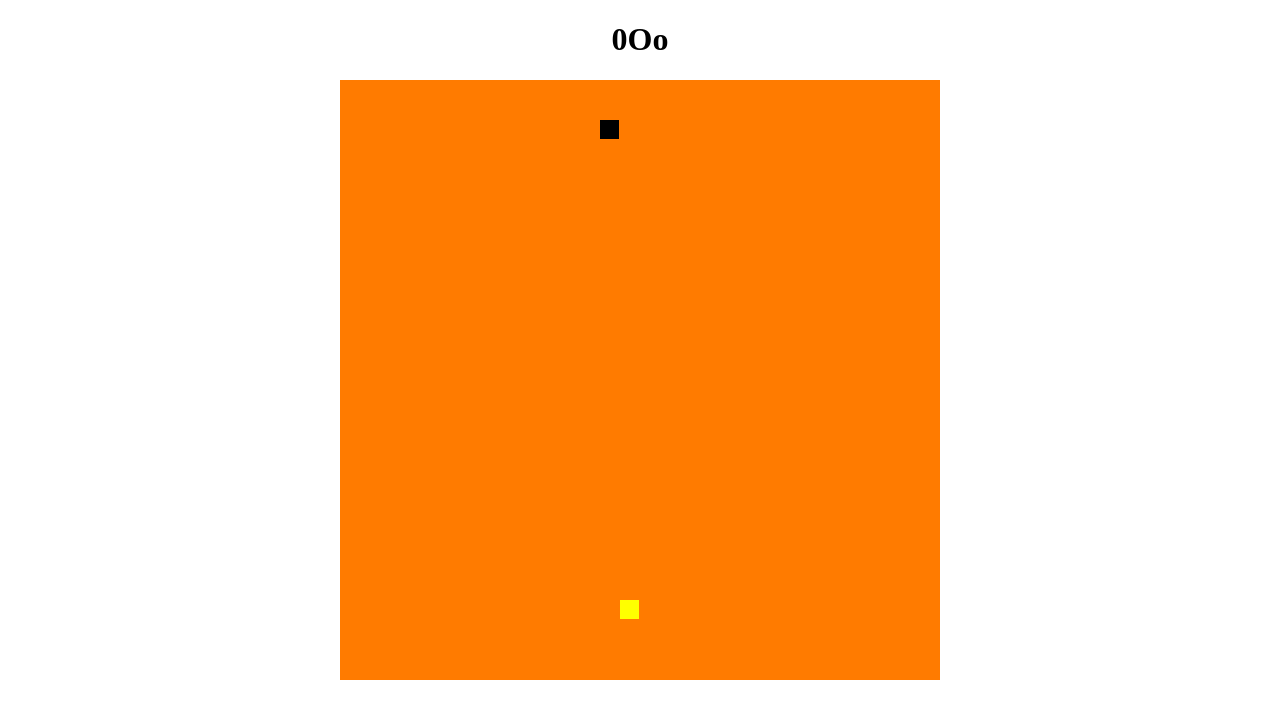
Repository: jessehapuli/jessehapuli.github.io
Page: snake/snake.html
An editor plug-in stored every save of this project. The page is shown before and after the next save, followed by the edit.
The browser window is 1280 px wide. The pictures show the whole page.
After loading, the first visible `h1` was clicked once.

Above is the page before, as saved 2024-05-14 11:10:55.

After the next save:
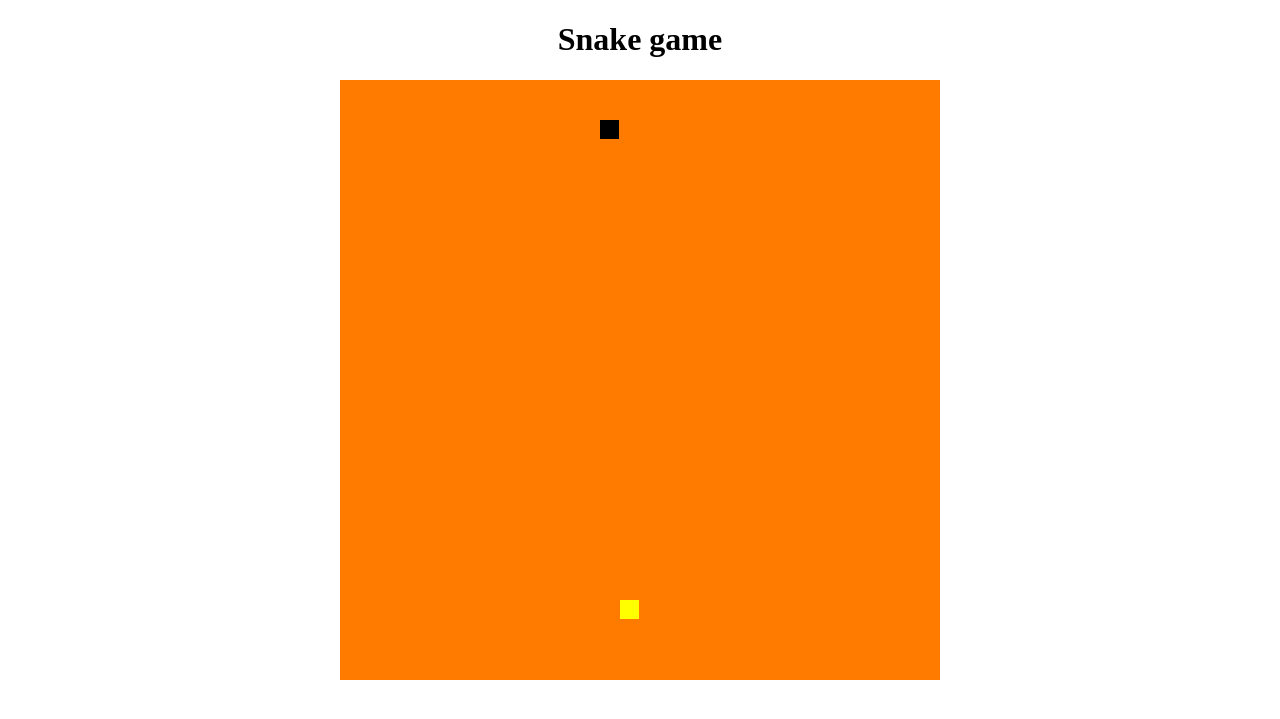
Saved 8 min 34 s later.
--- a/snake/testsnake.js
+++ b/snake/testsnake.js
@@ -143,7 +143,7 @@ function placesnake() {
 
 
 function changeText(id) {
-    id.innerHTML = "0Oo";
+    id.innerHTML = "Snake game";
   }
 
     //fixes to be done
